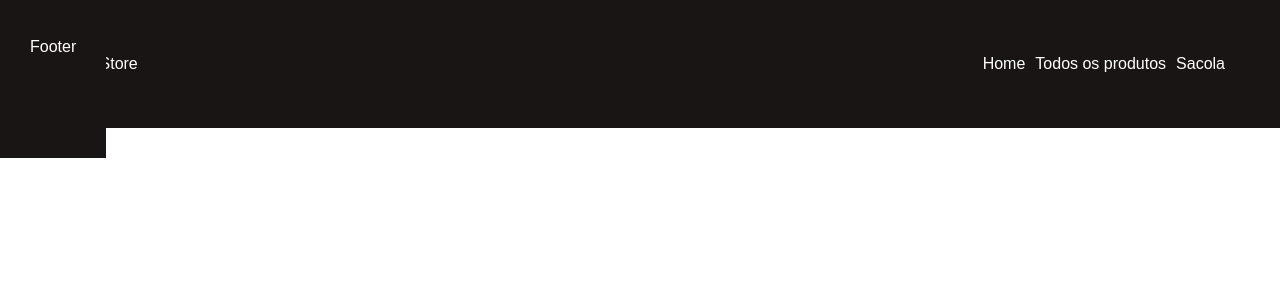
Repository: meiotera/virtuL-store
Page: /lista-de-produtos
The author's editor kept a copy of each file at every save. The page is drawn from the files as they stood at one save, then again after the next save.
The browser window is 1280 px wide. The pictures show the whole page.
The page's requests for data from a server got no answer. The project was rebuilt for these pictures with package versions that can differ from the ones it lists, and the page was loaded fresh each time. No one was signed in, and anything a server would have sent is missing. Also part of the build but not shown: vite.config.js, src/pages/Home.jsx, src/styles/ProductCard.module.css, src/styles/Button.module.css, src/components/Button.jsx, src/components/ProductCard.jsx, src/styles/ProductDetail.module.css, src/pages/ProductDetail.jsx and 1 more.

Above is the page before, as saved 2025-04-09 05:55:00.

### src/main.jsx
import { StrictMode } from 'react';
import { createRoot } from 'react-dom/client';
import './index.css';
import App from './App.jsx';
import { CartProvider } from './context/CartContext.jsx';

createRoot(document.getElementById('root')).render(
  <StrictMode>
    <CartProvider>
      <App />
    </CartProvider>
  </StrictMode>,
);

### src/index.css
* {
  margin: 0;
  padding: 0;
  list-style: none;

  font-family: Arial, Helvetica, sans-serif;
  text-decoration: none;
  box-sizing: border-box;
}

body {
  margin: 0 auto;
}

body #root {
  display: flex;
  flex-direction: column;
  justify-content: space-between;

  position: relative;
}

footer {
  bottom: 0;

  position: absolute;
}

### src/App.jsx
import { BrowserRouter, Link, Route, Routes } from 'react-router-dom';
import Header from './components/Header';
import Main from './components/Main';
import Footer from './components/Footer';
import Home from './pages/Home';
import ProductList from './pages/ProductList';
import ProductDetail from './pages/ProductDetail';
import Cart from './pages/Cart';

function App() {
  return (
    <BrowserRouter>
      <Header />

      <Main>
        <Routes>
          <Route path="/" element={<Home />} />
          <Route path="/lista-de-produtos" element={<ProductList />} />
          <Route
            path="/lista-de-produtos/:title/:id"
            element={<ProductDetail />}
          />

          <Route path="/cart" element={<Cart />} />
        </Routes>
      </Main>

      <Footer />
    </BrowserRouter>
  );
}

export default App;

### src/context/CartContext.jsx
import { createContext, useContext, useState } from 'react';

export const CartContext = createContext();

export const CartProvider = ({ children }) => {
  const [cartItems, setCartItems] = useState([]);

  const addToCart = (product) => {
    const existing = cartItems.find((item) => item.id === product.id);

    if (existing) {
      const updated = cartItems.map((item) =>
        item.id === product.id
          ? { ...item, quantity: item.quantity + 1 }
          : item,
      );

      setCartItems(updated);
    } else {
      setCartItems([...cartItems, { ...product, quantity: 1 }]);
    }
  };

  return (
    <CartContext.Provider value={{ cartItems, addToCart }}>
      {children}
    </CartContext.Provider>
  );
};

export const useCart = () => useContext(CartContext);

### src/components/Header.jsx
import React from 'react';
import styles from '../styles/Header.module.css';
import MenuNav from './MenuNav';

const Header = () => {
  return (
    <header className={styles.header}>
      <div className={styles.containerHeader}>
        <div>Virtual Store</div>

        <div className={styles.navContainer}>
          <MenuNav />
        </div>
      </div>
    </header>
  );
};

export default Header;

### src/components/Main.jsx
import React from 'react';
import styles from '../styles/Main.module.css';

const Main = ({ children }) => {
  return <main className={styles.main}>{children}</main>;
};

export default Main;

### src/components/Footer.jsx
import React from 'react';
import styles from '../styles/Footer.module.css';

const Footer = () => {
  return (
    <footer className={styles.footer}>
      <div className={styles.footerContainer}>Footer</div>
    </footer>
  );
};

export default Footer;

### src/pages/ProductList.jsx
import React, { useEffect, useState } from 'react';
import { getAllProducts } from '../services/api';
import ProductCard from '../components/ProductCard';

import styles from '../styles/ProductList.module.css';

const ProductList = () => {
  const [products, setProdutcts] = useState([]);

  useEffect(() => {
    const fetchData = async () => {
      const data = await getAllProducts();
      setProdutcts(data);
    };

    fetchData();
  }, []);

  return (
    <div className={styles.containerProducts}>
      {products.map((product) => (
        <ProductCard
          key={product.id}
          id={product.id}
          title={product.title}
          image={product.image}
          rating={product.rating}
          description={product.description}
          category={product.category}
          price={product.price}
        />
      ))}
    </div>
  );
};

export default ProductList;

### src/styles/Header.module.css
.header {
  background-color: #191515;
  padding: 30px;
  margin-bottom: 30px;
  color: #fff;
}

.containerHeader {
  max-width: 1440px;
  display: flex;
  justify-content: space-between;
  flex-wrap: wrap;
  align-items: center;
  padding: 20px;
  margin: 0 auto;
}

.navContainer nav {
  display: flex;
  align-items: center;
}

.navContainer a {
  padding: 5px;

  color: #fff;
  text-decoration: none;
}

### src/components/MenuNav.jsx
import React from 'react';
import { Link } from 'react-router-dom';

const MenuNav = () => {
  return (
    <nav>
      <Link to="/">Home</Link>
      <Link to="/lista-de-produtos">Todos os produtos</Link>
      <Link to="/cart">Sacola</Link>
    </nav>
  );
};
export default MenuNav;

### src/styles/Main.module.css
.main {
  max-width: 1440px;
  margin: 0 auto;
}

### src/styles/Footer.module.css
.footer {
  padding: 30px;
  background-color: #191515;
  color: #fff;

  height: 150px;
}

.footerContainer {
  max-width: 1440px;
  margin: 0 auto;
}

### src/services/api.js
const BASE_URL = 'https://fakestoreapi.com';

// buscar todos os produtos
export const getAllProducts = async () => {
  const res = await fetch(`${BASE_URL}/products`);
  const data = await res.json();

  return data;
};

export const getASingleProduct = async (id) => {
  const res = await fetch(`${BASE_URL}/products/${id}`);
  const data = await res.json();

  return data;
};

export const finalizarCompra = async (userId, cartItems) => {
  try {
    const formattedCart = {
      userId,
      date: new Date().toISOString(),
      products: cartItems.map((item) => ({
        productId: item.id,
        quantity: item.quantity,
      })),
    };

    const response = await fetch(`${BASE_URL}/carts`, {
      method: 'POST',
      body: JSON.stringify(formattedCart),
      headers: {
        'Content-Type': 'application/json',
      },
    });

    const result = await response.json();
    console.log('Compra enviada com sucesso:', result);
    alert('Compra finalizada com sucesso!');
  } catch (error) {
    console.error('Erro ao finalizar a compra:', error);
    alert('Erro ao finalizar a compra. Tente novamente.');
  }
};

### src/styles/ProductList.module.css
.containerProducts {
  display: flex;
  flex-wrap: wrap;
  justify-content: center;
  align-items: center;
  width: 100%;
  gap: 20px;
}

@media (min-width: 960px) {
  .containerProducts {
    justify-content: space-between;
  }
}

Loaded but not shown: index.html (common file)

After the next save:
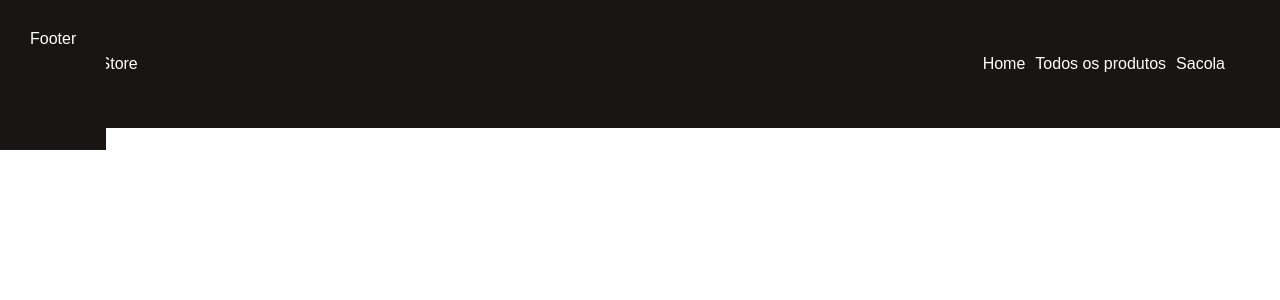
Saved 44 s later.
--- a/src/index.css
+++ b/src/index.css
@@ -21,7 +21,5 @@ body #root {
 }
 
 footer {
-  bottom: 0;
-
   position: absolute;
 }
